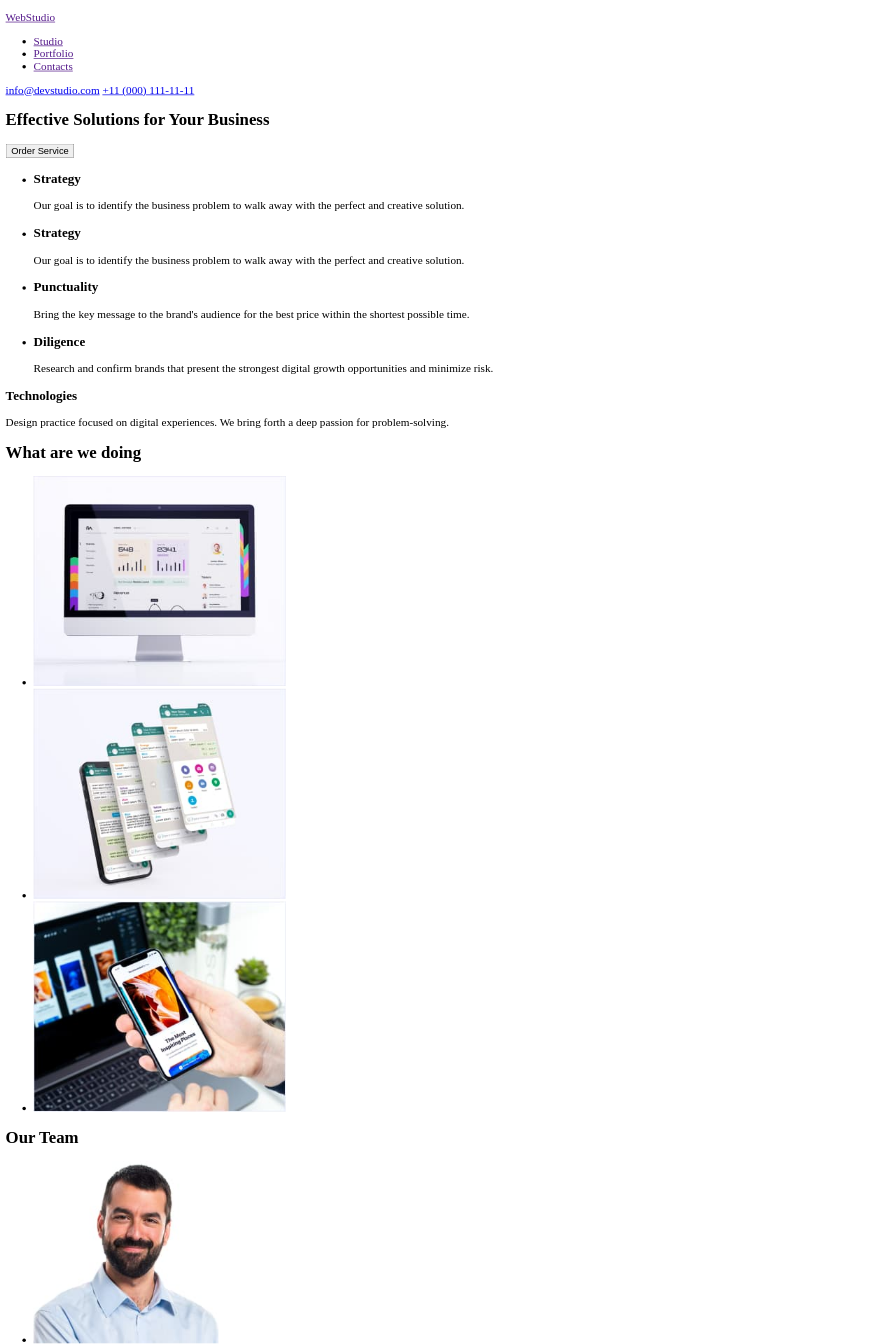
Repository: GrishchenkoNataliya/goit-markup-hw-02
Page: index.html
An editor plug-in stored every save of this project. The page is shown before and after the next save, followed by the edit.
The browser window is 1280 px wide. The pictures show the part of the page from y = 0 to 1920 px (the page is 3156 px tall before and 3079 px after), at 70% of full size.

Above is the page before, as saved 2023-02-26 22:29:35.

### index.html
<!DOCTYPE html>
<html lang="en">
  <head>
    <meta charset="UTF-8" />
    <meta http-equiv="X-UA-Compatible" content="IE=edge" />
    <meta name="viewport" content="width=device-width, initial-scale=1.0" />
    <title>homework_1</title>
  </head>
  <body>
    <header>
      <nav></nav>
      <p>
        <a href="">Web</a><a href="">Studio</a>
        <!-- <a href="./index.html"
          ><img src="./images/logo.svg" alt="site logo" /><img
            src="./images/logo2.svg"
            alt="site logo2"
        /></a> -->
      </p>
      <ul>
        <li>
          <a href="" target="_blank" rel="noopener noreferrer nofollow"
            >Studio</a
          >
        </li>
        <li>
          <a href="" target="_blank" rel="noopener noreferrer nofollow"
            >Portfolio</a
          >
        </li>
        <li>
          <a href="" target="_blank" rel="noopener noreferrer nofollow"
            >Contacts</a
          >
        </li>
      </ul>
      <a
        href="mailto:info@devstudio.com"
        target="_blank"
        rel="noopener noreferrer nofollow"
        >info@devstudio.com</a
      >
      <a
        href="tel:+110001111111"
        target="_blank"
        rel="noopener noreferrer nofollow"
        >+11 (000) 111-11-11</a
      >
    </header>
    <main>
      <section>
        <h1>Effective Solutions for Your Business</h1>
        <button type="button">Order Service</button>
        <!-- Dark-bg -->
      </section>
      <section>
        <h2 hidden>Большой заголовок</h2>
        <ul>
          <li>
            <h3>Strategy</h3>
            <p>
              Our goal is to identify the business problem to walk away with the
              perfect and creative solution.
            </p>
          </li>
          <li>
            <h3>Strategy</h3>
            <p>
              Our goal is to identify the business problem to walk away with the
              perfect and creative solution.
            </p>
          </li>
          <li>
            <h3>Punctuality</h3>
            <p>
              Bring the key message to the brand's audience for the best price
              within the shortest possible time.
            </p>
          </li>
          <li>
            <h3>Diligence</h3>
            <p>
              Research and confirm brands that present the strongest digital
              growth opportunities and minimize risk.
            </p>
          </li>
        </ul>

        <h3>Technologies</h3>
        <p>
          Design practice focused on digital experiences. We bring forth a deep
          passion for problem-solving.
        </p>
      </section>
      <section>
        <h2>What are we doing</h2>
        <ul>
          <li>
            <img
              src="./images/Rectangle71-1.jpg"
              alt="Rectangle 71-1"
              width="360"
              height="300"
            />
          </li>
          <li>
            <img
              src="./images/Rectangle71-2.jpg"
              alt="Rectangle 71-2"
              width="360"
              height="300"
            />
          </li>
          <li>
            <img
              src="./images/Rectangle71-3.jpg"
              alt="Rectangle 71-3"
              width="360"
              height="300"
            />
          </li>
        </ul>
      </section>
      <section>
        <h2>Our Team</h2>
        <ul>
          <li>
            <img src="./images/img1.jpg" alt="Mark Guerrero" width="264" />
          </li>
          <li><h3>Mark Guerrero</h3></li>
          <li><p>Product Designer</p></li>
        </ul>
        <ul>
          <li>
            <img src="./images/img2.jpg" alt="Tom Ford" width="264" />
          </li>
          <li><h3>Tom Ford</h3></li>
          <li><p>Frontend Developer</p></li>
        </ul>
        <ul>
          <li>
            <img src="./images/img3.jpg" alt="Camila Garcia" width="264" />
          </li>
          <li><h3>Camila Garcia</h3></li>
          <li><p>Marketing</p></li>
        </ul>
        <ul>
          <li>
            <img src="./images/img4.jpg" alt="Daniel Wilson" width="264" />
          </li>
          <li><h3>Daniel Wilson</h3></li>
          <li><p>UI Designer</p></li>
        </ul>
      </section>
    </main>
    <footer>
      <p>
        <a href="">Web</a><a href="">Studio</a>
        <!-- <a href="./index.html"
              ><img src="./images/logo.svg" alt="site logo" /><img
                src="./images/logo2.svg"
                alt="site logo2"
            /></a> -->
      </p>
      <p>
        Increase the flow of customers and sales for your business with digital
        marketing & growth solutions.
      </p>
      <!-- Dark-bg -->
    </footer>
  </body>
</html>

After the next save:
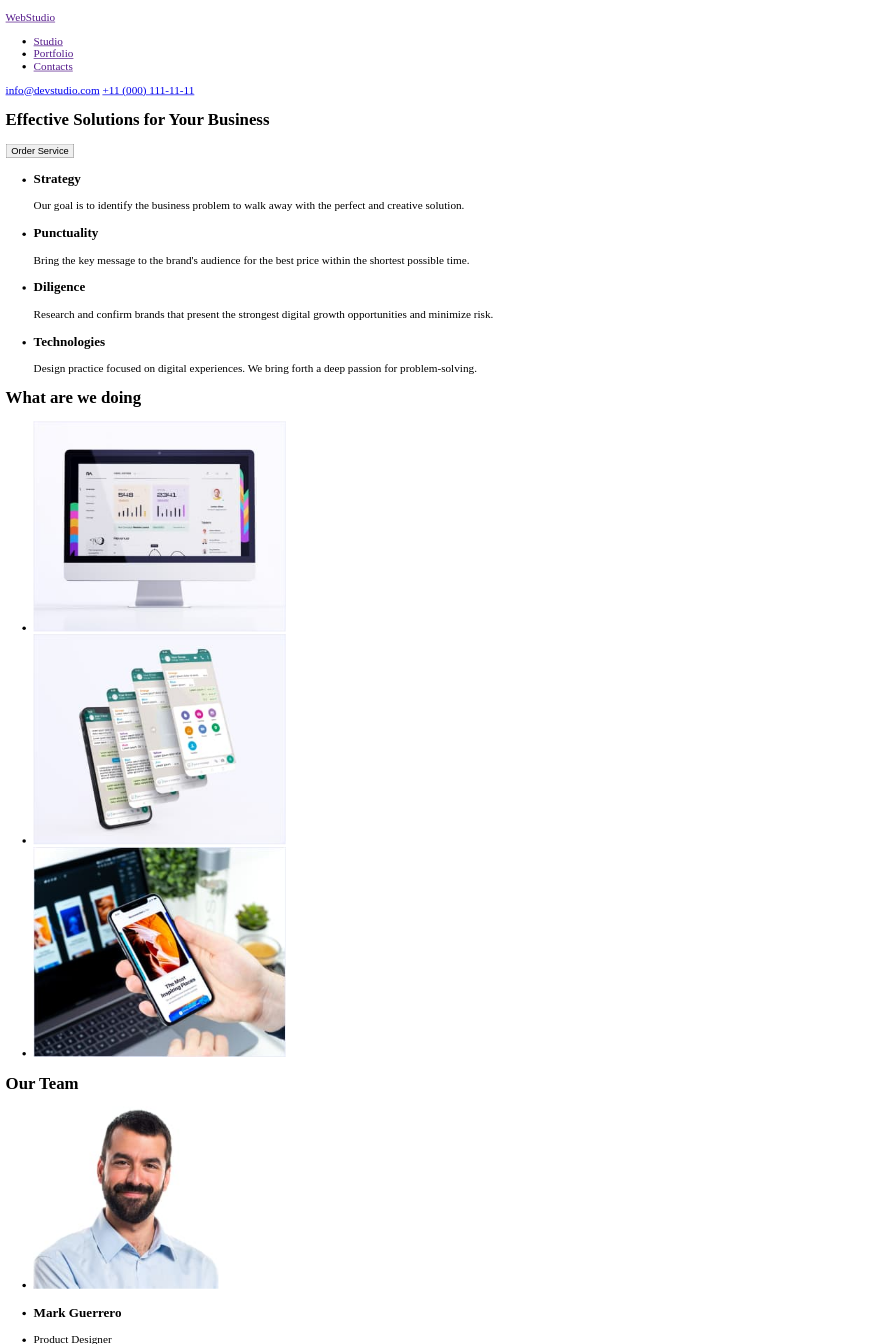
Saved 87 s later.
--- a/index.html
+++ b/index.html
@@ -63,13 +63,7 @@
               perfect and creative solution.
             </p>
           </li>
-          <li>
-            <h3>Strategy</h3>
-            <p>
-              Our goal is to identify the business problem to walk away with the
-              perfect and creative solution.
-            </p>
-          </li>
+
           <li>
             <h3>Punctuality</h3>
             <p>
@@ -84,13 +78,14 @@
               growth opportunities and minimize risk.
             </p>
           </li>
+          <li>
+            <h3>Technologies</h3>
+            <p>
+              Design practice focused on digital experiences. We bring forth a
+              deep passion for problem-solving.
+            </p>
+          </li>
         </ul>
-
-        <h3>Technologies</h3>
-        <p>
-          Design practice focused on digital experiences. We bring forth a deep
-          passion for problem-solving.
-        </p>
       </section>
       <section>
         <h2>What are we doing</h2>
